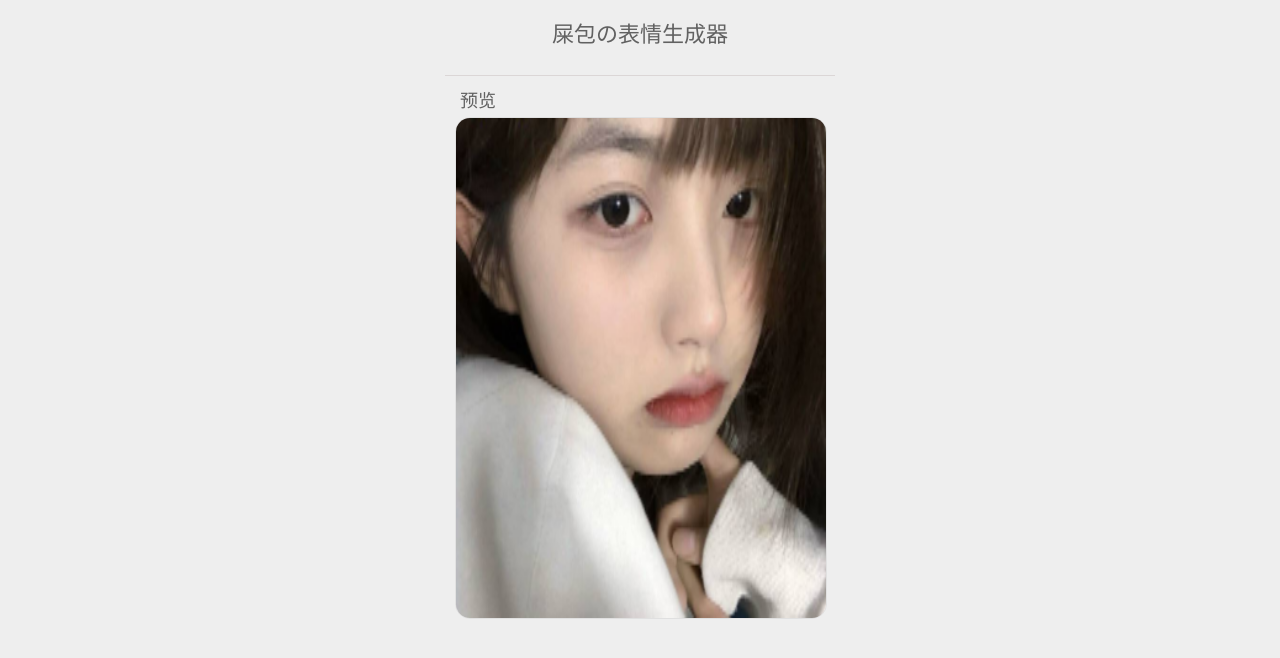
Repository: long-zuyang/shibao
Page: /
The author's editor kept a copy of each file at every save. The page is drawn from the files as they stood at one save, then again after the next save.
The browser window is 1280 px wide. The pictures show the whole page.
The project was rebuilt for these pictures with package versions that can differ from the ones it lists, and the page was loaded fresh each time. Also part of the build but not shown: vite.config.ts.

Above is the page before, as saved 2023-06-29 21:30:19.

After the next save:
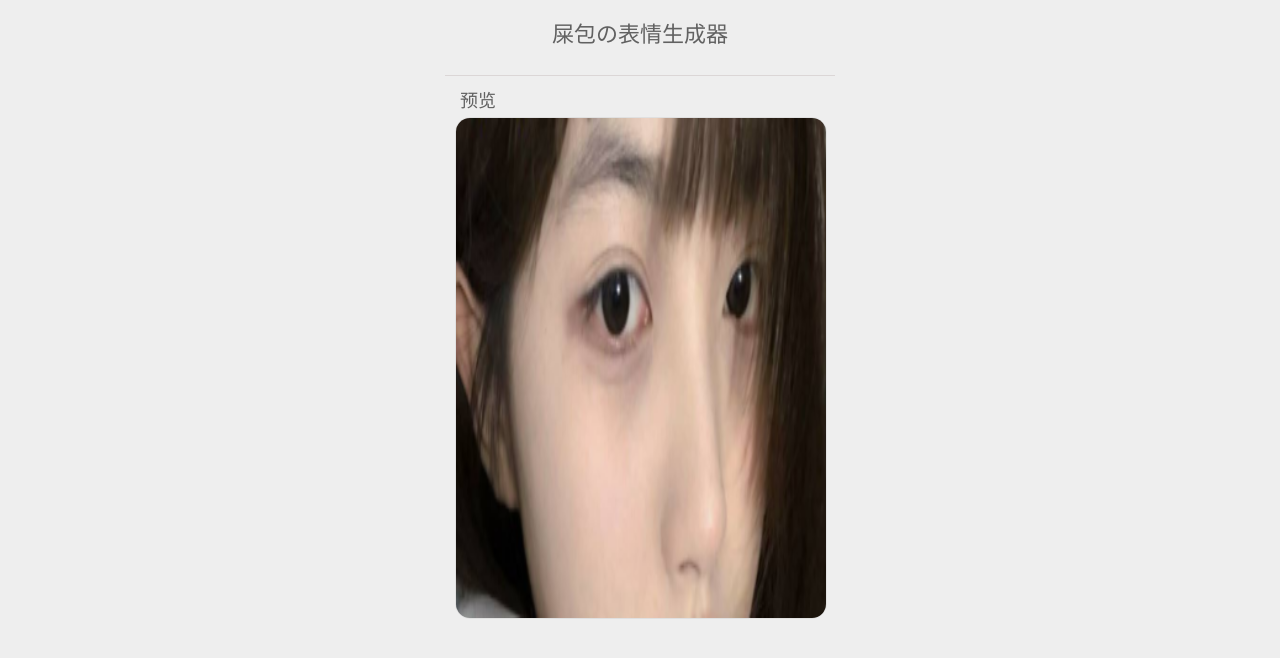
Saved 17 s later.
--- a/src/components/CanvasDraw.tsx
+++ b/src/components/CanvasDraw.tsx
@@ -22,7 +22,7 @@
       const size = Math.min(img.width, img.height);
       const x = (img.width - size) / 2;
       const y = (img.height - size) / 2;
-      ctx?.drawImage(img, x, y, size, size, 0, 0, canvas.width, canvas.height);
+      ctx?.drawImage(img, x, y, size, size, 0, 0, canvas.width, canvas.width);
     };
   }, []);
   // if (!canvasRef.current) {

After the save that followed:
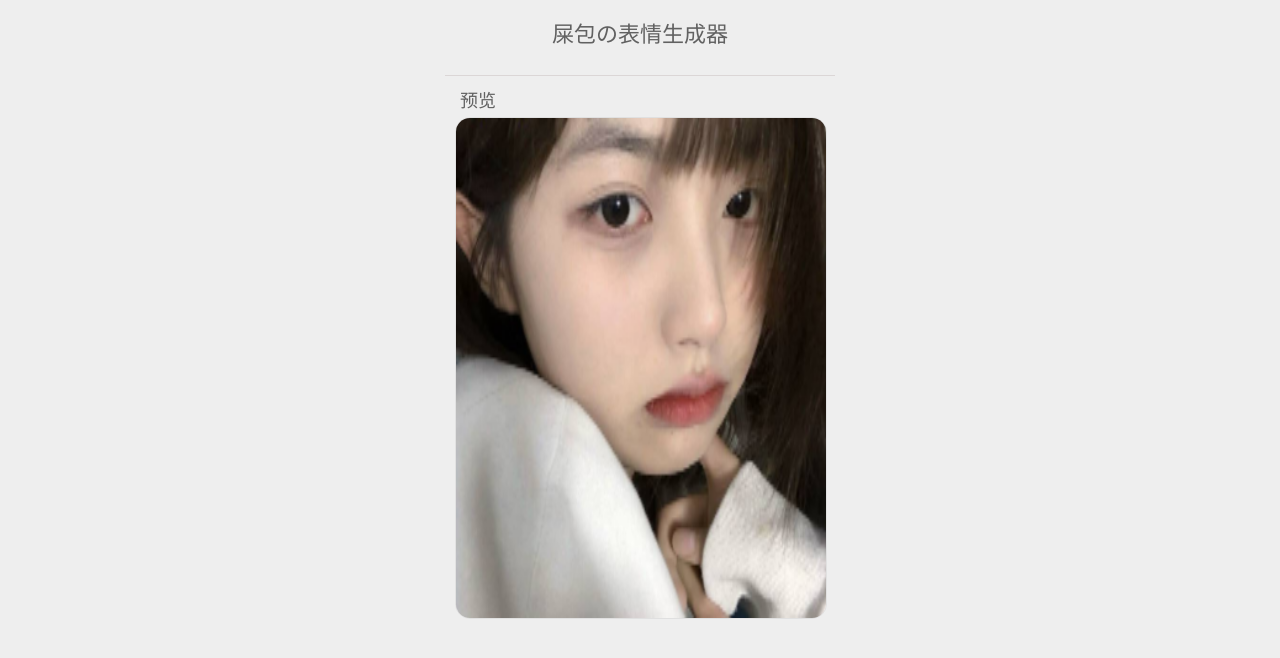
Saved 4 s later.
--- a/src/components/CanvasDraw.tsx
+++ b/src/components/CanvasDraw.tsx
@@ -22,7 +22,7 @@
       const size = Math.min(img.width, img.height);
       const x = (img.width - size) / 2;
       const y = (img.height - size) / 2;
-      ctx?.drawImage(img, x, y, size, size, 0, 0, canvas.width, canvas.width);
+      ctx?.drawImage(img, x, y, size, size, 0, 0, canvas.width, canvas.height);
     };
   }, []);
   // if (!canvasRef.current) {
